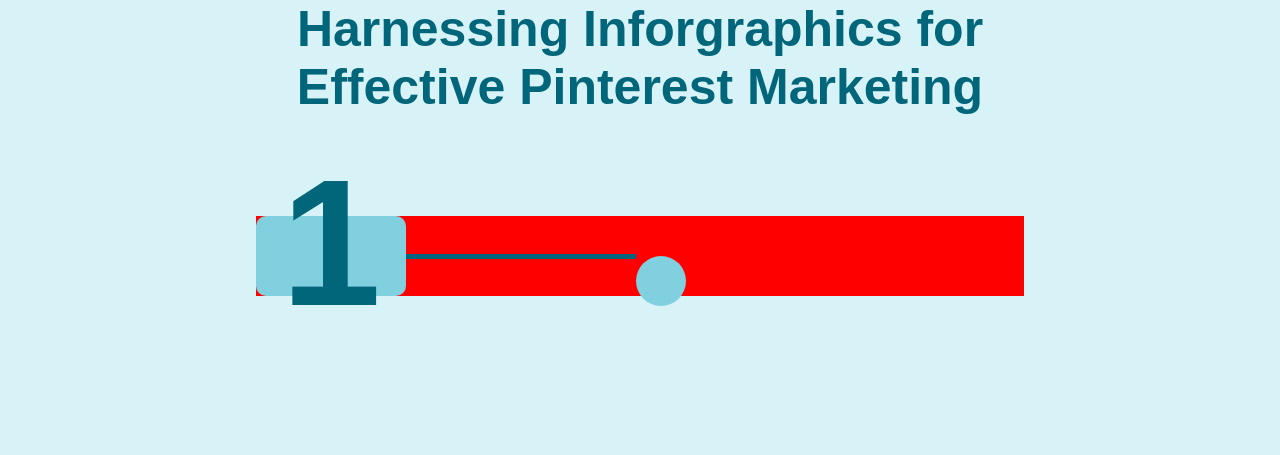
Repository: ayushrajput545/InforGraphic-page
Page: index.html
These files come from the project's save history. The page is drawn as it stood at one moment and after the next save; the edit follows.
The browser window is 1280 px wide. The pictures show the whole page.
Some web fonts or font styles are not loaded; a fallback is used.

Above is the page before, as saved 2025-04-01 22:37:20.

After the next save:
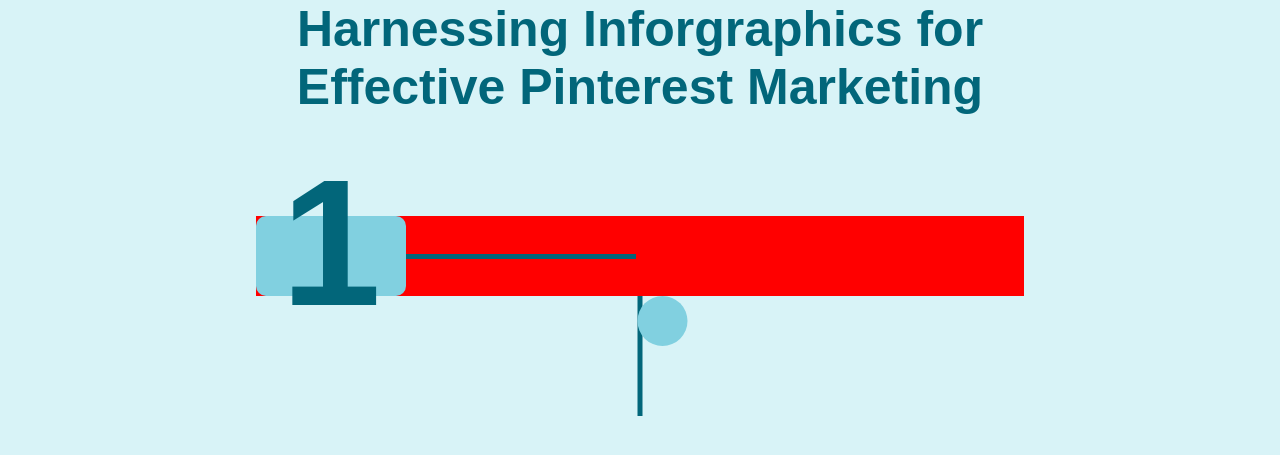
Saved 40 s later.
--- a/style.css
+++ b/style.css
@@ -77,9 +77,12 @@
 
 
 
-.line-vertical{
-    position: relative;
-    width: 5px;
-    height: 100%;
+.line-vertical {
+    width: 5px; /* Thickness of the line */
+    height: 120px; /* Adjust as needed */
     background-color: #02667a;
+    position: absolute;
+    left: 50%; /* Centers the line */
+    transform: translateX(-50%);
+    top: 100%; /* Ensures it starts from the bottom of .line-horizontal */
 }
